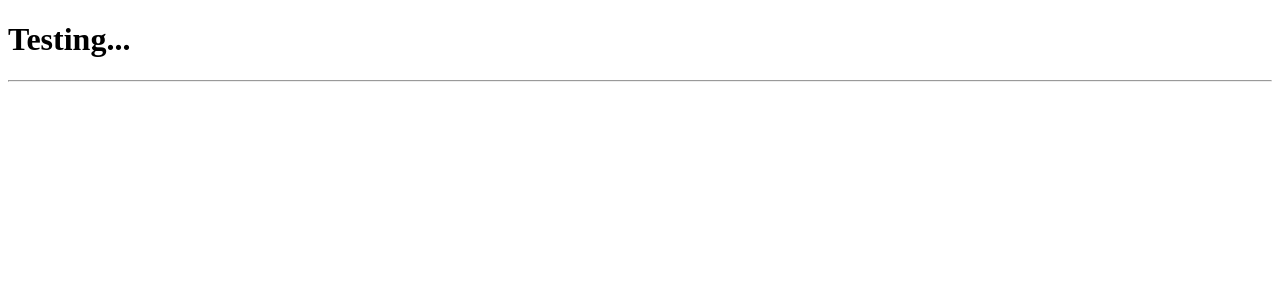
Repository: MarcioFreitasUFSC21/Proejct00
Page: ExampleSite/Assets/index2.html
An editor plug-in stored every save of this project. The page is shown before and after a run of saves, followed by the edit.
The browser window is 1280 px wide. The pictures show the whole page.

Above is the page before, as saved 2023-03-18 16:55:44.

After the next 3 saves:
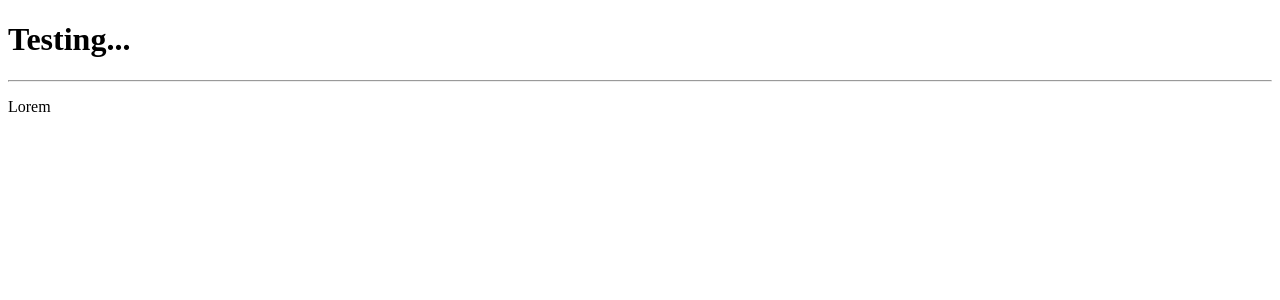
The 3 saves are shown as one change because they came seconds apart.
The last was saved 10 s later.
--- a/ExampleSite/Assets/index2.html
+++ b/ExampleSite/Assets/index2.html
@@ -9,6 +9,6 @@
 <body>
     <h1> Testing... </h1>
     <hr>
-    <lore
+    <p> Lorem</p>
 </body>
 </html>
